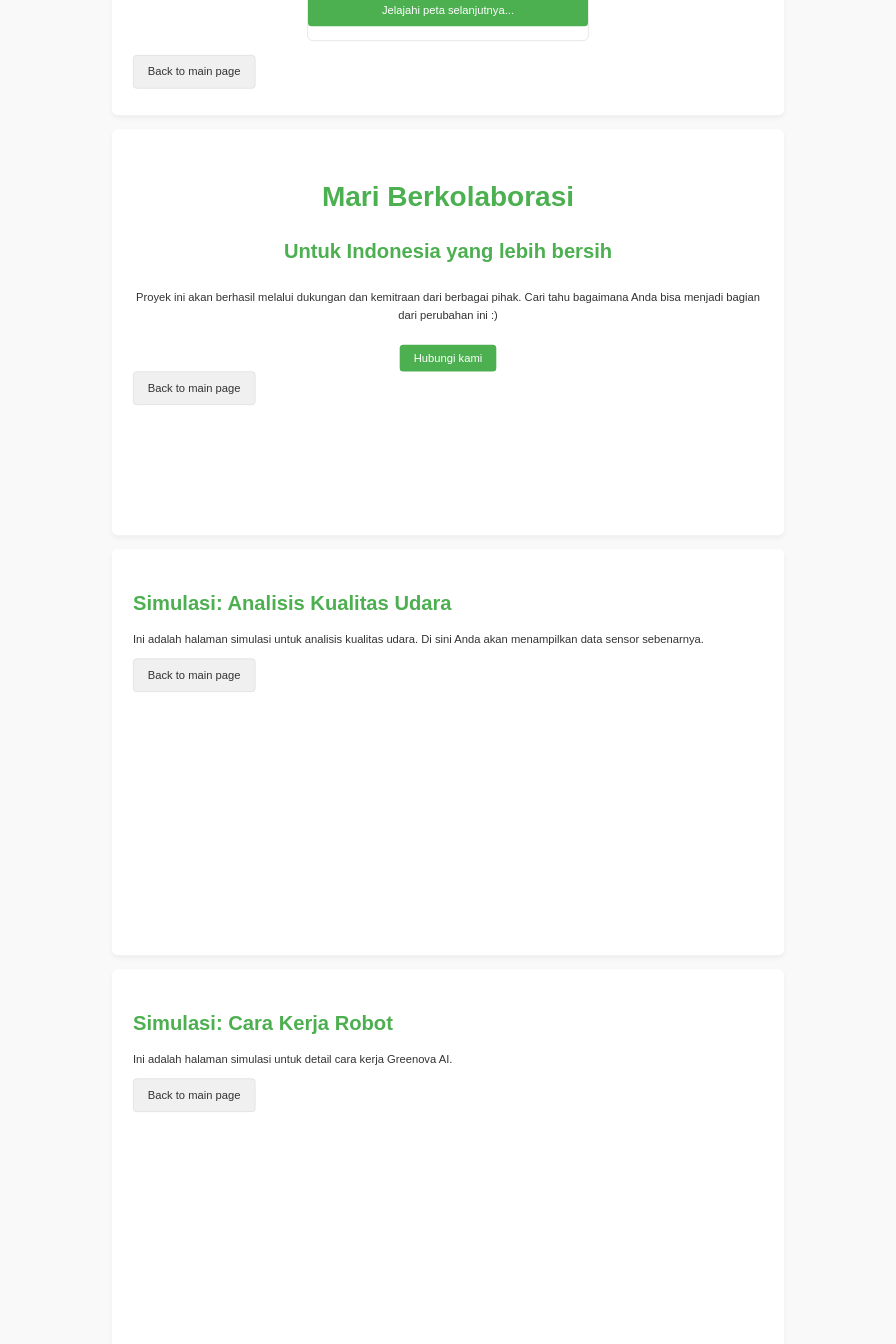
Repository: JojoGid34/Greenova-WEBSITE-SFT25-TETR
Page: index.html
The author's editor kept a copy of each file at every save. The page is drawn from the files as they stood at one save, then again after the next save.
The browser window is 1280 px wide. The pictures show the part of the page from y = 2061 to 3981 px (the page is 4767 px tall), at 70% of full size.

Above is the page before, as saved 2025-07-27 16:46:32.

After the next save:
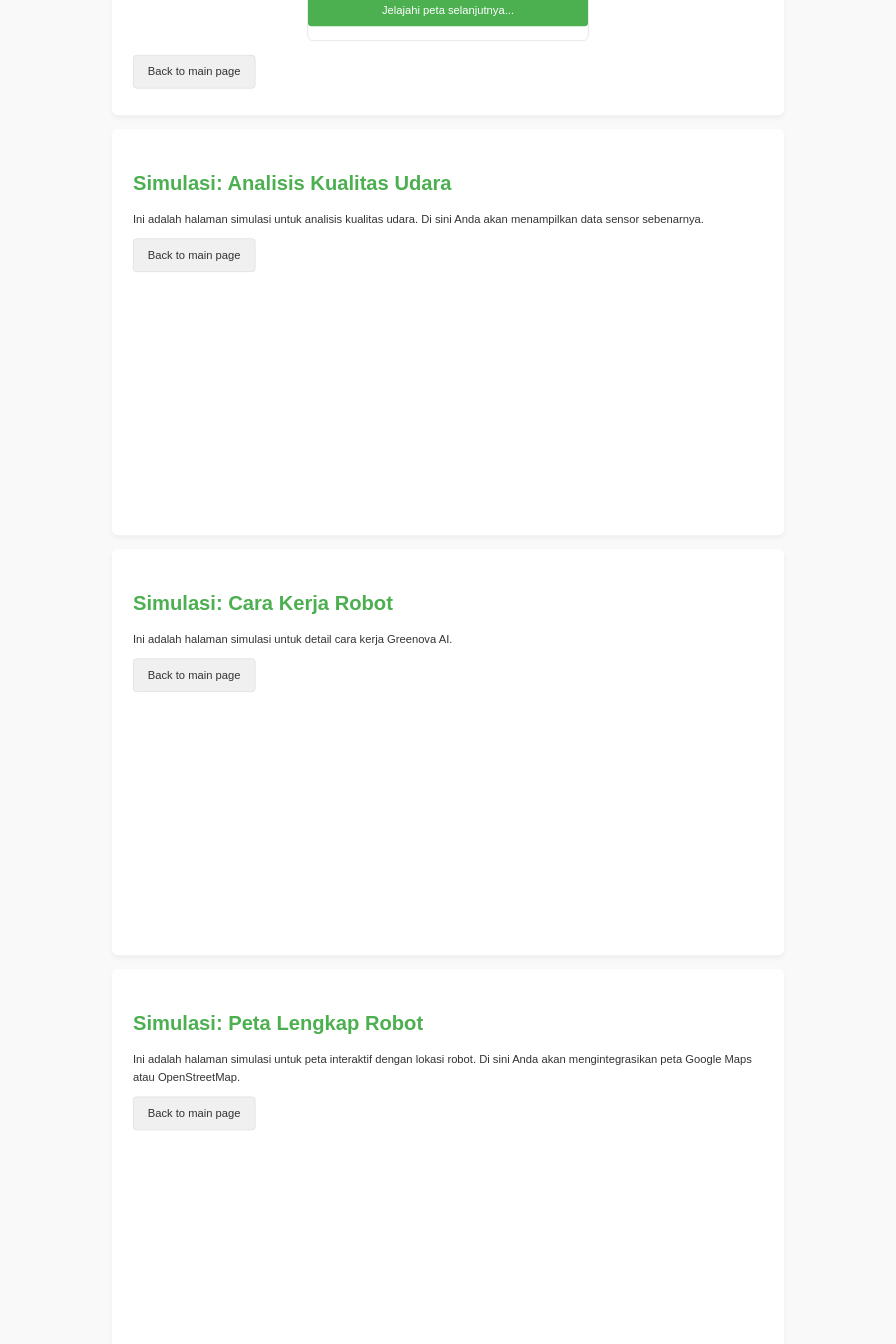
Saved 5 min 52 s later.
--- a/index.html
+++ b/index.html
@@ -97,16 +97,6 @@
       <a href="#home" class="btn secondary-btn">Back to main page</a>
     </section>
 
-    <!-- Mari Berkolaborasi Section -->
-    <section id="collaboration" class="page-section">
-      <h1>Mari Berkolaborasi</h1>
-      <h2>Untuk Indonesia yang lebih bersih</h2>
-      <p>Proyek ini akan berhasil melalui dukungan dan kemitraan dari berbagai pihak. Cari tahu bagaimana Anda bisa
-        menjadi bagian dari perubahan ini :)</p>
-      <button class="btn primary-btn">Hubungi kami</button>
-      <a href="#home" class="btn secondary-btn">Back to main page</a>
-    </section>
-
     <!-- Simulated Pages (Sekarang juga akan muncul di bawah jika di-scroll) -->
     <section id="air-quality-simulated" class="page-section">
       <h2>Simulasi: Analisis Kualitas Udara</h2>
@@ -125,6 +115,16 @@
       <h2>Simulasi: Peta Lengkap Robot</h2>
       <p>Ini adalah halaman simulasi untuk peta interaktif dengan lokasi robot. Di sini Anda akan mengintegrasikan peta
         Google Maps atau OpenStreetMap.</p>
+      <a href="#home" class="btn secondary-btn">Back to main page</a>
+    </section>
+
+    <!-- Mari Berkolaborasi Section -->
+    <section id="collaboration" class="page-section">
+      <h1>Mari Berkolaborasi</h1>
+      <h2>Untuk Indonesia yang lebih bersih</h2>
+      <p>Proyek ini akan berhasil melalui dukungan dan kemitraan dari berbagai pihak. Cari tahu bagaimana Anda bisa
+        menjadi bagian dari perubahan ini :)</p>
+      <button class="btn primary-btn">Hubungi kami</button>
       <a href="#home" class="btn secondary-btn">Back to main page</a>
     </section>
 
